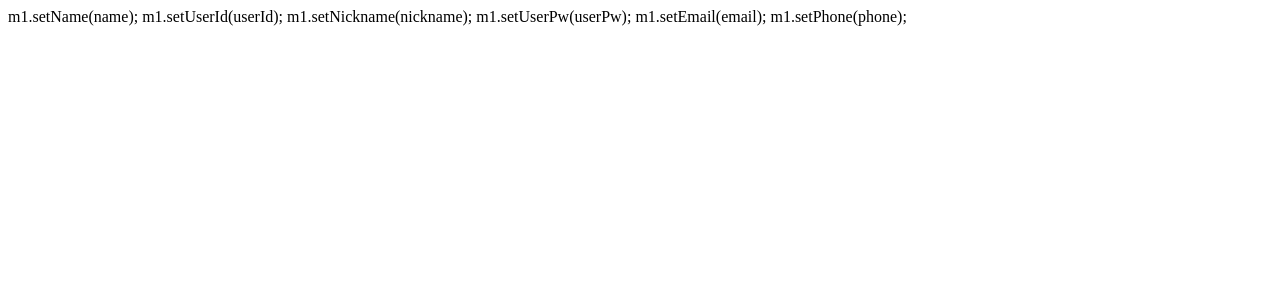
Repository: YooMyeongSeon/JSP_Servlet_Study
Page: http://localhost/web06/Ex_03_Result.jsp
An editor plug-in stored every save of this project. The page is shown before and after the next save, followed by the edit.
The browser window is 1280 px wide. The pictures show the whole page.
The page is served by Tomcat 9.

Above is the page before, as saved 2022-06-09 06:40:13.

### web06/WebContent/Ex_03_Result.jsp
<%@ page language="java" contentType="text/html; charset=UTF-8"
    pageEncoding="UTF-8"%>
<%@ page import="com.green.beans.Member"%>
<!DOCTYPE html>
<html>
<head>
<meta charset="UTF-8">
<title>Insert title here</title>
</head>
<body>
	<%
		request.setCharacterEncoding("UTF-8"); //한글로 읽어들임
	%>
	<%--1. 자바빈 생성----------------------------------------------------%>
		<%--1)스크립트릿으로 자바빈 생성--%>
			<%
				Member m1 = new Member();
				session.setAttribute("m1", m1);
			%>
		<%--2)액션 태그로 자바빈 생성--%>
			<jsp:useBean id="m2" class="com.green.beans.Member" scope="session"/>
	<%--2. 데이터 입력----------------------------------------------------%>
		<%--1)스크립트릿으로 데이터 입력(변수 활용)--%>
			<%
				String name = request.getParameter("name");
				String userId = request.getParameter("userId");
				String nickname = request.getParameter("nickname");
				String userPw = request.getParameter("userPw");
				String email = request.getParameter("email");
				String phone = request.getParameter("phone");
				m1.setName(name);
				m1.setUserId(userId);
				m1.setNickname(nickname);
				m1.setUserPw(userPw);
				m1.setEmail(email);
				m1.setPhone(phone);
			%>
		<%--2)스크립트릿으로 데이터 입력(직접 입력)--%>
				m1.setName(name);
				m1.setUserId(userId);
				m1.setNickname(nickname);
				m1.setUserPw(userPw);
				m1.setEmail(email);
				m1.setPhone(phone);
		<%--3)액션 태그로 데이터 입력(리퀘스트 객체를 통해 데이터 입력)--%>

		<%--4)액션 태그로 데이터 입력(리퀘스트 객체 없이 데이터 입력)--%>

		<%--5)액션 태그로 데이터 입력(한 번에 입력)--%>

	<%--3. 데이터 출력----------------------------------------------------%>
</body>
</html>

### web06/src/com/green/beans/Member.java
package com.green.beans;

public class Member { //데이터 저장용 클래스 : 자바 빈
	private String name;
	private String nickname;
	private String userId;
	private String userPw;
	private String email;
	private String phone;
	public String getName() {
		return name;
	}
	public void setName(String name) {
		this.name = name;
	}
	public String getNickname() {
		return nickname;
	}
	public void setNickname(String nickname) {
		this.nickname = nickname;
	}
	public String getUserId() {
		return userId;
	}
	public void setUserId(String userId) {
		this.userId = userId;
	}
	public String getUserPw() {
		return userPw;
	}
	public void setUserPw(String userPw) {
		this.userPw = userPw;
	}
	public String getEmail() {
		return email;
	}
	public void setEmail(String email) {
		this.email = email;
	}
	public String getPhone() {
		return phone;
	}
	public void setPhone(String phone) {
		this.phone = phone;
	}
}

After the next save:
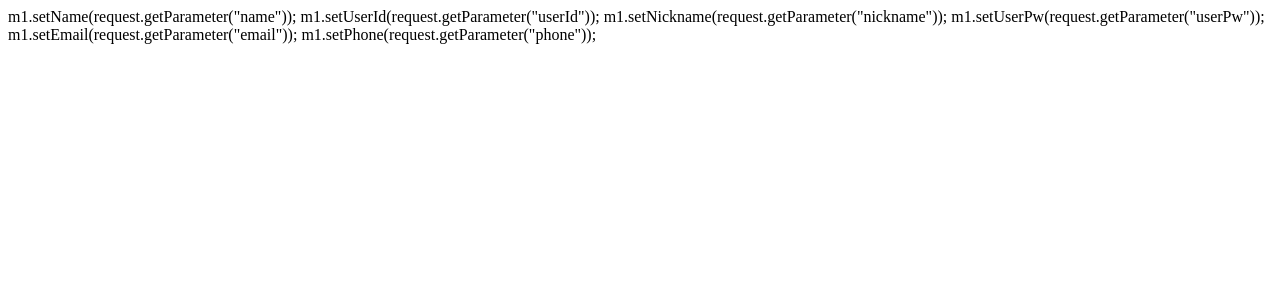
Saved 42 s later.
--- a/web06/WebContent/Ex_03_Result.jsp
+++ b/web06/WebContent/Ex_03_Result.jsp
@@ -36,12 +36,12 @@
 				m1.setPhone(phone);
 			%>
 		<%--2)스크립트릿으로 데이터 입력(직접 입력)--%>
-				m1.setName(name);
-				m1.setUserId(userId);
-				m1.setNickname(nickname);
-				m1.setUserPw(userPw);
-				m1.setEmail(email);
-				m1.setPhone(phone);
+				m1.setName(request.getParameter("name"));
+				m1.setUserId(request.getParameter("userId"));
+				m1.setNickname(request.getParameter("nickname"));
+				m1.setUserPw(request.getParameter("userPw"));
+				m1.setEmail(request.getParameter("email"));
+				m1.setPhone(request.getParameter("phone"));
 		<%--3)액션 태그로 데이터 입력(리퀘스트 객체를 통해 데이터 입력)--%>
 
 		<%--4)액션 태그로 데이터 입력(리퀘스트 객체 없이 데이터 입력)--%>
